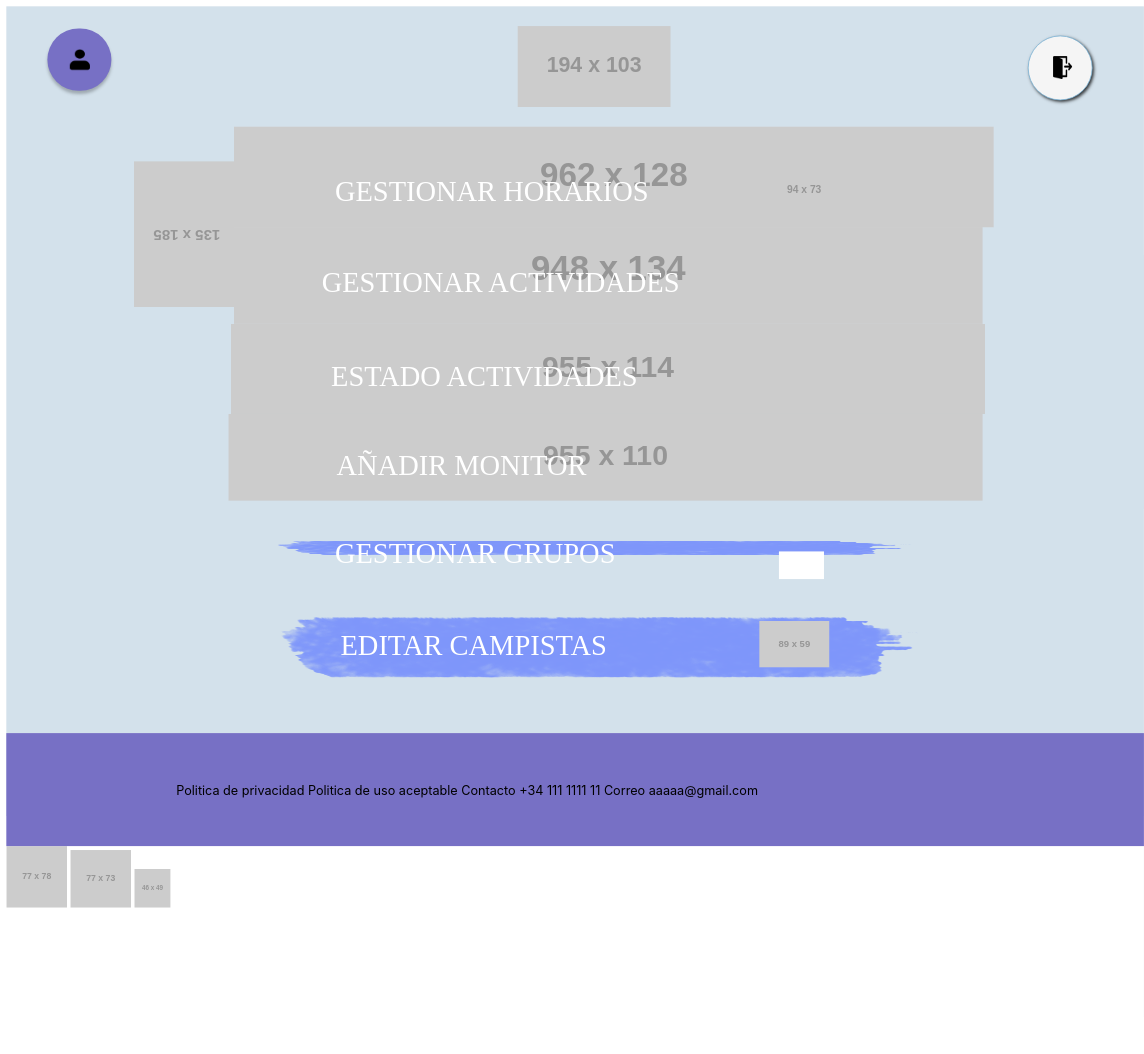
Repository: maariadomiingo/Proyecto-Integrador-Campamento
Page: html/interfaz_coordinador.html
An editor plug-in stored every save of this project. The page is shown before and after a run of saves, followed by the edit.
The browser window is 1280 px wide. The page is 1448 px wide, so the pictures cover 1448 px, including what lies to the right of the window. The pictures show the whole page, at 79% of full size.

Above is the page before, as saved 2025-01-31 12:27:40.

### html/interfaz_coordinador.html
<!DOCTYPE html>
<html lang="en">
<head>
  <meta charset="UTF-8">
  <meta name="viewport" content="width=device-width, initial-scale=1.0">
  <title>Document</title>
</head>
<body>


<div style="width: 1440px; height: 1063px; position: relative; background: white">
  <div style="width: 1440px; height: 1025px; left: 0px; top: 0px; position: absolute; background: #D3E1EB"></div>
  <div style="width: 81px; height: 79px; left: 52px; top: 28px; position: absolute; background: #7770C5; box-shadow: 0px 4px 4px rgba(0, 0, 0, 0.25); border-radius: 9999px"></div>
  <img style="width: 34px; height: 31px; left: 76px; top: 52px; position: absolute" src="../img/user.png" />
  <div style="width: 80px; height: 80px; left: 1293px; top: 37px; position: absolute; background: #F5F5F5; box-shadow: 2px 2px 4px rgba(0, 0, 0, 0.75); border-radius: 9999px; border: 1px #7AB3D7 solid"></div>
  <img style="width: 24px; height: 29px; left: 1325px; top: 63px; position: absolute" src="../img/cerrar-sesion.png" />
  <div style="width: 1440px; height: 143px; left: 0px; top: 920px; position: absolute; background: #7770C5"></div>
  <div style="width: 1009px; left: 215px; top: 982px; position: absolute; color: black; font-size: 16px; font-family: Inter; font-weight: 400; word-wrap: break-word">Politica de privacidad                 Politica de uso aceptable                 Contacto +34 111 1111 11                  Correo aaaaa@gmail.com</div>
  <div style="width: 407px; height: 125px; left: 187px; top: 300px; position: absolute"></div>
  <img style="width: 940px; height: 400px; left: 288px; top: 630px; position: absolute" src="../img/trazo-pincel.png" />
  <img style="width: 936px; height: 94px; left: 283px; top: 643px; position: absolute" src="../img/trazo-pincel.png" />
  <div style="width: 955px; height: 110px; left: 281px; top: 516px; position: absolute">
    <img style="width: 955px; height: 110px; left: 0px; top: 0px; position: absolute" src="https://via.placeholder.com/955x110" />
    <div style="width: 455px; height: 17.65px; left: 137px; top: 44px; position: absolute; color: white; font-size: 36px; font-family: Montserrat; font-weight: 500; word-wrap: break-word">AÑADIR MONITOR</div>
  </div>
  <div style="width: 955px; height: 114px; left: 284px; top: 402px; position: absolute">
    <img style="width: 955px; height: 114px; left: 0px; top: 0px; position: absolute" src="https://via.placeholder.com/955x114" />
    <div style="width: 533px; height: 18.30px; left: 127px; top: 46.41px; position: absolute; color: white; font-size: 36px; font-family: Montserrat; font-weight: 500; word-wrap: break-word">ESTADO ACTIVIDADES</div>
  </div>
  <div style="width: 948px; height: 134px; left: 288px; top: 268px; position: absolute">
    <img style="width: 948px; height: 134px; left: 0px; top: 0px; position: absolute" src="https://via.placeholder.com/948x134" />
    <div style="width: 566.81px; height: 21.51px; left: 111.19px; top: 61.17px; position: absolute; color: white; font-size: 36px; font-family: Montserrat; font-weight: 500; word-wrap: break-word">GESTIONAR ACTIVIDADES</div>
  </div>
  <img style="width: 135px; height: 185px; left: 296px; top: 381px; position: absolute; transform: rotate(180deg); transform-origin: 0 0" src="https://via.placeholder.com/135x185" />
  <div style="width: 651px; height: 863px; left: 670px; top: 463px; position: absolute"></div>
  <div style="width: 962px; height: 128px; left: 288px; top: 152px; position: absolute">
    <img style="width: 962px; height: 128px; left: 0px; top: 0px; position: absolute" src="https://via.placeholder.com/962x128" />
    <div style="width: 584.25px; height: 20.54px; left: 127.93px; top: 60.84px; position: absolute; color: white; font-size: 36px; font-family: Montserrat; font-weight: 500; word-wrap: break-word">GESTIONAR HORARIOS</div>
    <img style="width: 93.68px; height: 73.48px; left: 674.91px; top: 44.25px; position: absolute" src="https://via.placeholder.com/94x73" />
  </div>
  <img style="width: 194px; height: 103px; left: 647px; top: 25px; position: absolute" src="https://via.placeholder.com/194x103" />
  <img style="width: 89px; height: 59px; left: 953px; top: 778px; position: absolute" src="https://via.placeholder.com/89x59" />
  <div style="width: 100px; height: 100px; left: 646px; top: 210px; position: absolute"></div>
  <div style="width: 455px; height: 60px; left: 423px; top: 788px; position: absolute; color: white; font-size: 36px; font-family: Montserrat; font-weight: 500; word-wrap: break-word">EDITAR CAMPISTAS</div>
  <div style="width: 455px; height: 17.65px; left: 416px; top: 672px; position: absolute; color: white; font-size: 36px; font-family: Montserrat; font-weight: 500; word-wrap: break-word">GESTIONAR GRUPOS</div>
  <div style="width: 69px; height: 70px; padding-left: 5.75px; padding-right: 5.75px; padding-top: 17.50px; padding-bottom: 17.50px; left: 966px; top: 655px; position: absolute; flex-direction: column; justify-content: center; align-items: center; display: inline-flex">
    <div style="width: 57.50px; height: 35px; background: white"></div>
  </div>
</div>
<img style="width: 77px; height: 78px" src="https://via.placeholder.com/77x78" />
<img style="width: 77px; height: 73px" src="https://via.placeholder.com/77x73" />
<img style="width: 46px; height: 49px" src="https://via.placeholder.com/46x49" />
</body>
</html>

After the next 2 saves:
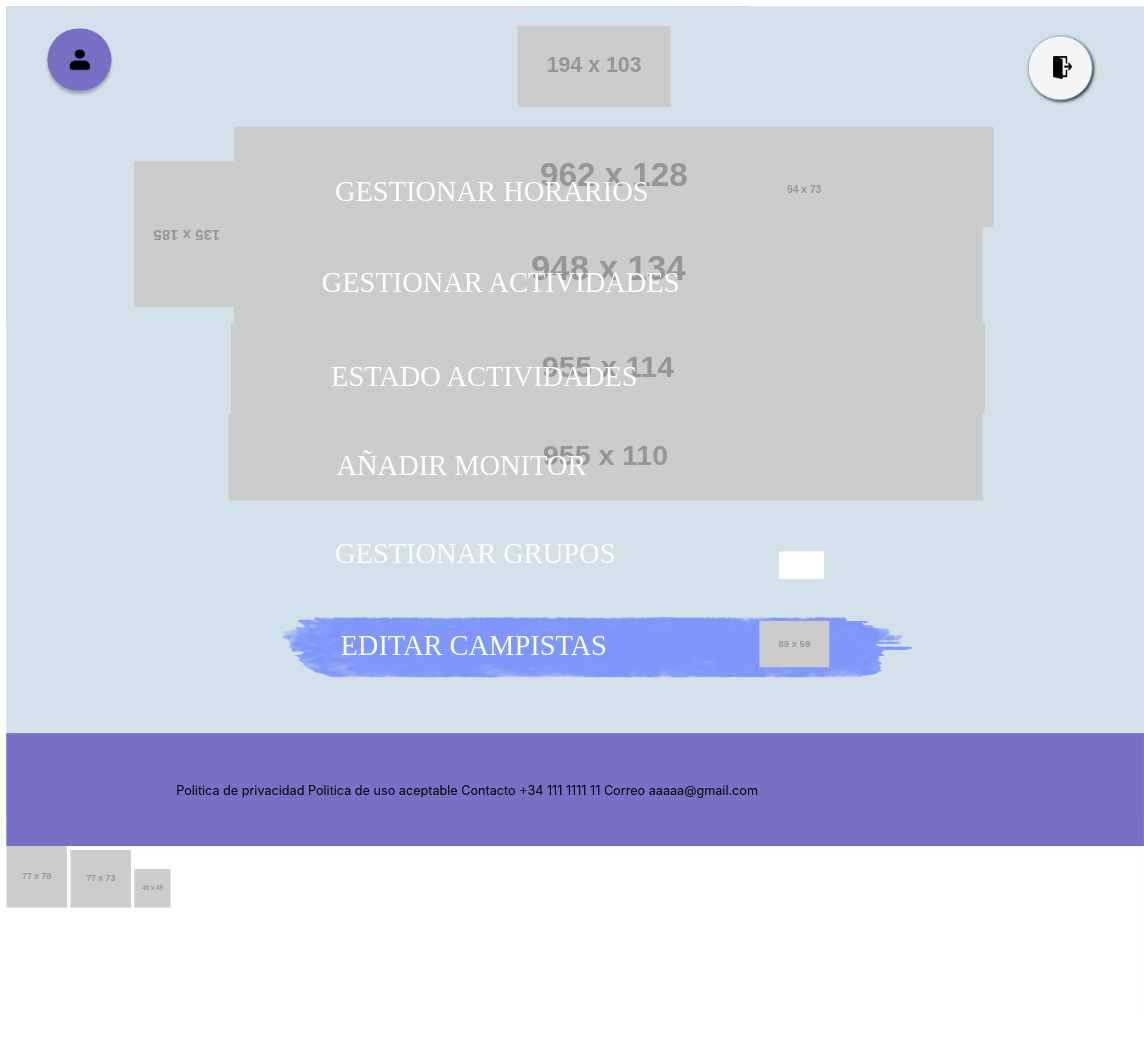
The 2 saves are shown as one change because they came seconds apart.
The last was saved 23 s later.
--- a/html/interfaz_coordinador.html
+++ b/html/interfaz_coordinador.html
@@ -18,7 +18,7 @@
   <div style="width: 1009px; left: 215px; top: 982px; position: absolute; color: black; font-size: 16px; font-family: Inter; font-weight: 400; word-wrap: break-word">Politica de privacidad                 Politica de uso aceptable                 Contacto +34 111 1111 11                  Correo aaaaa@gmail.com</div>
   <div style="width: 407px; height: 125px; left: 187px; top: 300px; position: absolute"></div>
   <img style="width: 940px; height: 400px; left: 288px; top: 630px; position: absolute" src="../img/trazo-pincel.png" />
-  <img style="width: 936px; height: 94px; left: 283px; top: 643px; position: absolute" src="../img/trazo-pincel.png" />
+  <img style="width: 940px; height: 400px; left: 288px; top: 630px; src="../img/trazo-pincel.png" />
   <div style="width: 955px; height: 110px; left: 281px; top: 516px; position: absolute">
     <img style="width: 955px; height: 110px; left: 0px; top: 0px; position: absolute" src="https://via.placeholder.com/955x110" />
     <div style="width: 455px; height: 17.65px; left: 137px; top: 44px; position: absolute; color: white; font-size: 36px; font-family: Montserrat; font-weight: 500; word-wrap: break-word">AÑADIR MONITOR</div>
